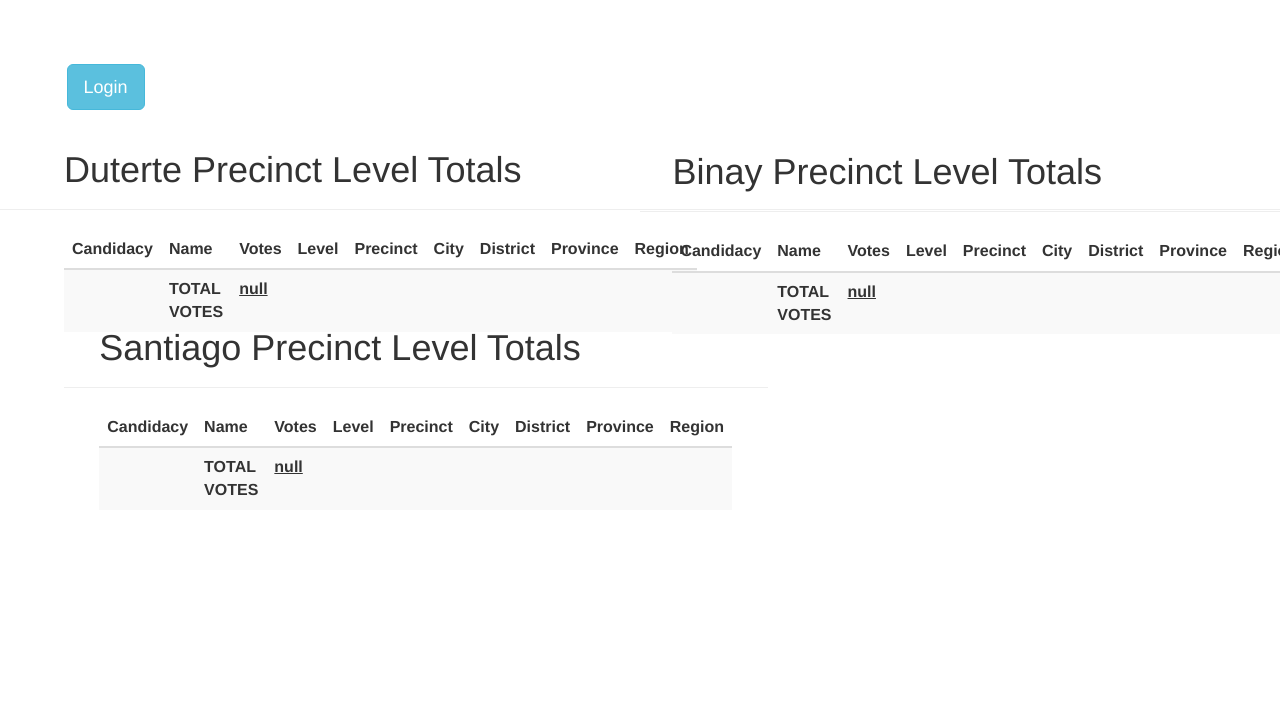
Repository: acbalutan/softdev-cencas-team_apink
Page: http://localhost/AES/
An editor plug-in stored every save of this project. The page is shown before and after the next save, followed by the edit.
The browser window is 1280 px wide. The pictures show the whole page.
The page is served by Tomcat 9. Other server files are loaded and not shown. Queries for data that is not in the repository find no rows.

Above is the page before, as saved 2016-02-26 11:10:14.
Console error (its wording comes from the project's code and is left out).

### workspace/AES/WebContent/index.jsp
<html>
<head>
	<link rel="stylesheet" href="bootstrap/bootstrap.min.css">
	<script type="text/javascript" src="bootstrap/js/bootstrap.min.js"></script>
</head>
<body>

<form action="login.jsp" style="padding-left: 5.2%;padding-top: 5%;">
    <button type="submit" class="btn btn-lg btn-info">Login</button>
</form>


<%@ page import="java.sql.*" %>
<%@ page import="bean.Provider" %>
<%@ page import="bean.PileBean" %>
<%@ page import="bean.Counter" %>

<%

Class.forName("org.sqlite.JDBC");
Connection conn = DriverManager.getConnection("jdbc:sqlite:D:/Eclipse/db/aes.db");
Statement stat = conn.createStatement();

%>
<div class="page-header" style="padding-left: 5%;">
	<h1>Duterte Precinct Level Totals</h1>
</div>

<div class="col-md-6" style="padding-left: 5%;">
	<table class="table table-striped">
    	<thead>
              <tr>
                <th>Candidacy</th>
                <th>Name</th>
                <th>Votes</th>
                <th>Level</th>
                <th>Precinct</th>
                <th>City</th>
                <th>District</th>
                <th>Province</th>
                <th>Region</th>
              </tr>
		</thead>
		<tbody>
			<%
			ResultSet duterte = stat.executeQuery("SELECT * FROM tapat WHERE name='Rodrigo Duterte';");
			while (duterte.next()) {
			    %>
			    	<tr>
			    		<td><%= duterte.getString("candidacy") %></td>
			    		<td><%= duterte.getString("name") %></td>
			    		<td><%= duterte.getString("vote") %></td>
			    		<td><%= duterte.getString("level") %></td>
			    		<td><%= duterte.getString("precinct") %></td>
			    		<td><%= duterte.getString("city") %></td>
			    		<td><%= duterte.getString("district") %></td>
			    		<td><%= duterte.getString("province") %></td>
			    		<td><%= duterte.getString("region") %></td>
			    	</tr>
			    <%
			}
			duterte.close();

			ResultSet totalduterte = stat.executeQuery("SELECT SUM(vote) as 'TOTALVOTES' FROM tapat WHERE name='Rodrigo Duterte';");
			%>
				<tr>
					<td></td>
					<td><strong>TOTAL VOTES</strong></td>
					<td style="text-decoration: underline;"><strong> <%= totalduterte.getString("TOTALVOTES") %> </strong></td>
					<td></td>
					<td></td>
					<td></td>
					<td></td>
					<td></td>
					<td></td>
				</tr>
			<% totalduterte.close(); %>
    	</tbody>
	</table>
</div>

<div style="position: absolute; top: 15.6%; left: 50%;">
	<div class="page-header" style="padding-left: 5%;">
		<h1>Binay Precinct Level Totals</h1>
	</div>

	<div class="col-md-6" style="padding-left: 5%;">
		<table class="table table-striped">
	    	<thead>
	              <tr>
	                <th>Candidacy</th>
	                <th>Name</th>
	                <th>Votes</th>
	                <th>Level</th>
	                <th>Precinct</th>
	                <th>City</th>
	                <th>District</th>
	                <th>Province</th>
	                <th>Region</th>
	              </tr>
			</thead>
			<tbody>
				<%
				ResultSet binay = stat.executeQuery("SELECT * FROM tapat WHERE name='Jejomar Binay';");
				while (binay.next()) {
				    %>
				    	<tr>
				    		<td><%= binay.getString("candidacy") %></td>
				    		<td><%= binay.getString("name") %></td>
				    		<td><%= binay.getString("vote") %></td>
				    		<td><%= binay.getString("level") %></td>
				    		<td><%= binay.getString("precinct") %></td>
				    		<td><%= binay.getString("city") %></td>
				    		<td><%= binay.getString("district") %></td>
				    		<td><%= binay.getString("province") %></td>
				    		<td><%= binay.getString("region") %></td>
				    	</tr>
				    <%
				}
				binay.close();

				ResultSet totalbinay = stat.executeQuery("SELECT SUM(vote) as 'TOTALVOTES' FROM tapat WHERE name='Jejomar Binay';");
				%>
					<tr>
						<td></td>
						<td><strong>TOTAL VOTES</strong></td>
						<td style="text-decoration: underline;"><strong> <%= totalbinay.getString("TOTALVOTES") %> </strong></td>
						<td></td>
						<td></td>
						<td></td>
						<td></td>
						<td></td>
						<td></td>
					</tr>
				<% totalbinay.close(); %>
	    	</tbody>
		</table>
	</div>
</div>

<div style="position: absolute; top: 40%; left: 5%;">
	<div class="page-header" style="padding-left: 5%;">
		<h1>Santiago Precinct Level Totals</h1>
	</div>

	<div class="col-md-6" style="padding-left: 5%;">
		<table class="table table-striped">
	    	<thead>
	              <tr>
	                <th>Candidacy</th>
	                <th>Name</th>
	                <th>Votes</th>
	                <th>Level</th>
	                <th>Precinct</th>
	                <th>City</th>
	                <th>District</th>
	                <th>Province</th>
	                <th>Region</th>
	              </tr>
			</thead>
			<tbody>
				<%
				ResultSet santiago = stat.executeQuery("SELECT * FROM tapat WHERE name='Miriam Santiago';");
				while (binay.next()) {
				    %>
				    	<tr>
				    		<td><%= santiago.getString("candidacy") %></td>
				    		<td><%= santiago.getString("name") %></td>
				    		<td><%= santiago.getString("vote") %></td>
				    		<td><%= santiago.getString("level") %></td>
				    		<td><%= santiago.getString("precinct") %></td>
				    		<td><%= santiago.getString("city") %></td>
				    		<td><%= santiago.getString("district") %></td>
				    		<td><%= santiago.getString("province") %></td>
				    		<td><%= santiago.getString("region") %></td>
				    	</tr>
				    <%
				}
				santiago.close();

				ResultSet totalsantiago = stat.executeQuery("SELECT SUM(vote) as 'TOTALVOTES' FROM tapat WHERE name='Miriam Santiago';");
				%>
					<tr>
						<td></td>
						<td><strong>TOTAL VOTES</strong></td>
						<td style="text-decoration: underline;"><strong> <%= totalsantiago.getString("TOTALVOTES") %> </strong></td>
						<td></td>
						<td></td>
						<td></td>
						<td></td>
						<td></td>
						<td></td>
					</tr>
				<% totalsantiago.close(); %>
	    	</tbody>
		</table>
	</div>
</div>
<%	stat.close();
	conn.close();	%>

</body>
</html>

Loaded but not shown: workspace/AES/WebContent/bootstrap/bootstrap.min.css (library); workspace/AES/WebContent/bootstrap/bootstrap.min.js (library)

After the next save:
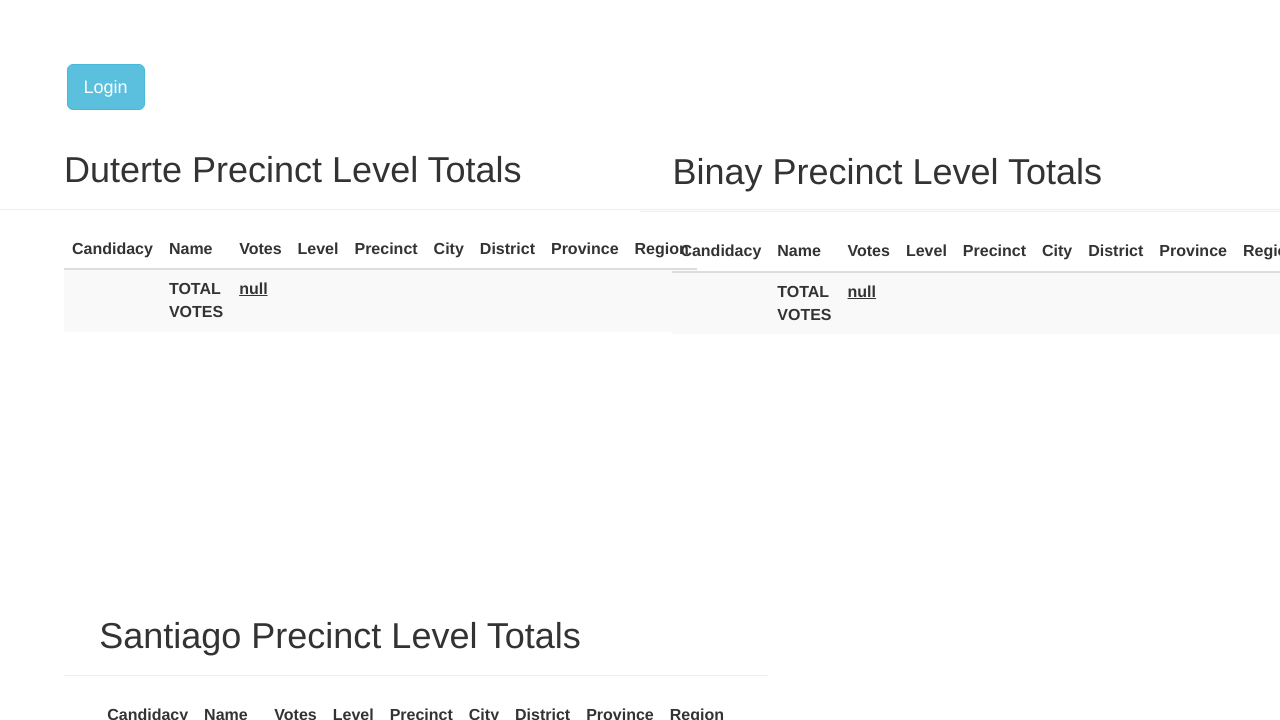
Saved 10 s later.
--- a/workspace/AES/WebContent/index.jsp
+++ b/workspace/AES/WebContent/index.jsp
@@ -138,7 +138,7 @@
 	</div>
 </div>
 
-<div style="position: absolute; top: 40%; left: 5%;">
+<div style="position: absolute; top: 80%; left: 5%;">
 	<div class="page-header" style="padding-left: 5%;">
 		<h1>Santiago Precinct Level Totals</h1>
 	</div>
